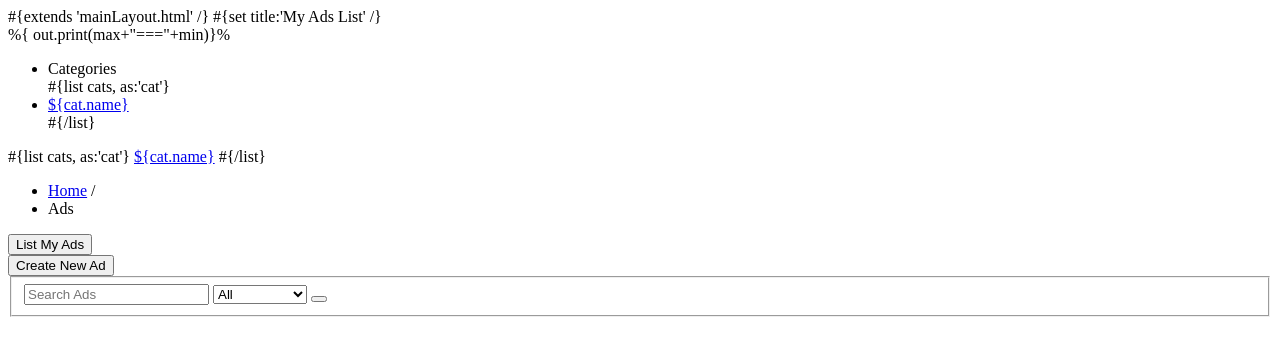
Repository: Maalejm/SEBA
Page: SlifeWebSite/app/views/Ads/index.html
An editor plug-in stored every save of this project. The page is shown before and after the next save, followed by the edit.
The browser window is 1280 px wide. The pictures show the whole page.

Above is the page before, as saved 2013-06-16 15:55:50.
Console error: SyntaxError: Invalid or unexpected token

### SlifeWebSite/app/views/Ads/index.html
#{extends 'mainLayout.html' /}
#{set title:'My Ads List' /}




<div class="container-fluid">
%{ out.print(max+"==="+min)}%
            <div class="row-fluid">
                <div class="span2">

                    <ul class="nav nav-list">
                        <li class="nav-header">Categories</li>

                        #{list cats, as:'cat'}
                         <li
                         %{ if(cat.id==1) { }%
                          class="active"
                         %{ } }%
                         ><a class="catNav" href="${cat.id}">${cat.name}</a></li>
                        #{/list}

                    </ul>

                    <div>

                      #{list cats, as:'cat'}
                         <span><a class="catNav" href="${cat.id}">${cat.name}</a></span>
                     #{/list}


                    </div>
                    <!--Sidebar content-->
                </div>
                <div class="span10">
                    <ul class="breadcrumb">
                        <li><a href="#">Home</a> <span class="divider">/</span></li>
                        <li class="active">Ads</li>
                    </ul>

                    <div class="btn-group">
                        <button class="btn">List My Ads</button>
                    </div>

                    <div class="btn-group">
                        <button class="btn">Create New Ad</button>
                    </div>

                    <div class="span10 searchForm">

                            <fieldset>

                                <input name="search" class="span7" type="text" id="search"  placeholder="Search Ads" >
                                    <select id="category" class="span3">
                                        <option value="0">All</option>

                                        #{list cats, as:'cat'}
                                        <option value="${cat.id}">${cat.name}</option>
                                        #{/list}
                                    </select>

                                    <button type="submit" class="btn btn-primary"> <i class="icon-search icon-white"></i></button>
                           </fieldset>

                    </div>

                    <div  id="result">





           </div>



                    <!--Body content-->
                </div>
            </div>
        </div>





<script type="text/javascript" charset="${_response_encoding}">

    // Rebuild state

    $('#search').val(sessvars.search)
    //if(sessvars.page == undefined) {
        sessvars.page = 1
    //}

    //if(sessvars.firstPage == undefined) {
        sessvars.firstPage = 1
    //}

    //if(sessvars.lastPage == undefined) {
        sessvars.lastPage = 10
    //}


    // Search function
    var search = function() {


        loadData($('#search').val(),$('#category').val(),10)

    }

    var loadData=function(search,category,size){

    	sessvars.search = search
        sessvars.category = category
        sessvars.size =size //$('#size').val()
        var listAction = #{jsAction @list(':search',':category', ':size', ':page',':firstPage',':lastPage') /}
        $('#result').load(listAction({search: sessvars.search,category :sessvars.category , size: sessvars.size, page: sessvars.page
        	, firstPage: sessvars.firstPage, lastPage: sessvars.lastPage}), function() {


        })

    }

    // Events handler
    $('#submit').click(function() {
        sessvars.page = 1

        search()
    })
    $('#search').keyup(function() {
        sessvars.page = 1

        search()
    })

    $('#category').change(function() {
        sessvars.page = 1

        search()
    })


    $('#nextPage').live('click', function(e) {

    	pageinfo= $(this).attr('href').split(';');
    	sessvars.page =pageinfo[0]
        sessvars.firstPage=pageinfo[1]
        sessvars.lastPage=pageinfo[2]

        e.preventDefault()
        search()
    })

    $('#prePage').live('click', function(e) {
    	pageinfo= $(this).attr('href').split(';');
    	sessvars.page =pageinfo[0]
        sessvars.firstPage=pageinfo[1]
        sessvars.lastPage=pageinfo[2]

        e.preventDefault()
        search()
    })

    $('.pagebtn').live('click', function(e) {

    	pageinfo= $(this).attr('href').split(';');
    	sessvars.page =pageinfo[0]
        sessvars.firstPage=pageinfo[1]
        sessvars.lastPage=pageinfo[2]
        e.preventDefault()
        search()
    })


    $('.catNav').live('click', function(e) {



    	sessvars.page =1
        sessvars.firstPage=1
        sessvars.lastPage=10
        $('#search').val("")
        $('.catNav').parent().removeClass('active');
        $(this).parent().addClass('active');
    	e.preventDefault()

       loadData("",$(this).attr('href'),10)
    })

    // Init
    if(sessvars.search != undefined) {
        search()

    }

</script>

After the next save:
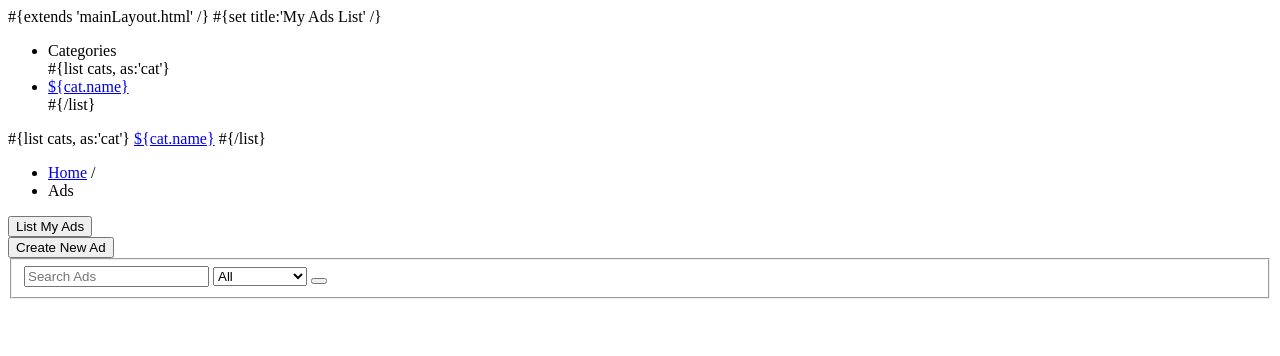
Saved 69 s later.
--- a/SlifeWebSite/app/views/Ads/index.html
+++ b/SlifeWebSite/app/views/Ads/index.html
@@ -5,7 +5,7 @@
 
 
 <div class="container-fluid">
-%{ out.print(max+"==="+min)}%
+
             <div class="row-fluid">
                 <div class="span2">
 
